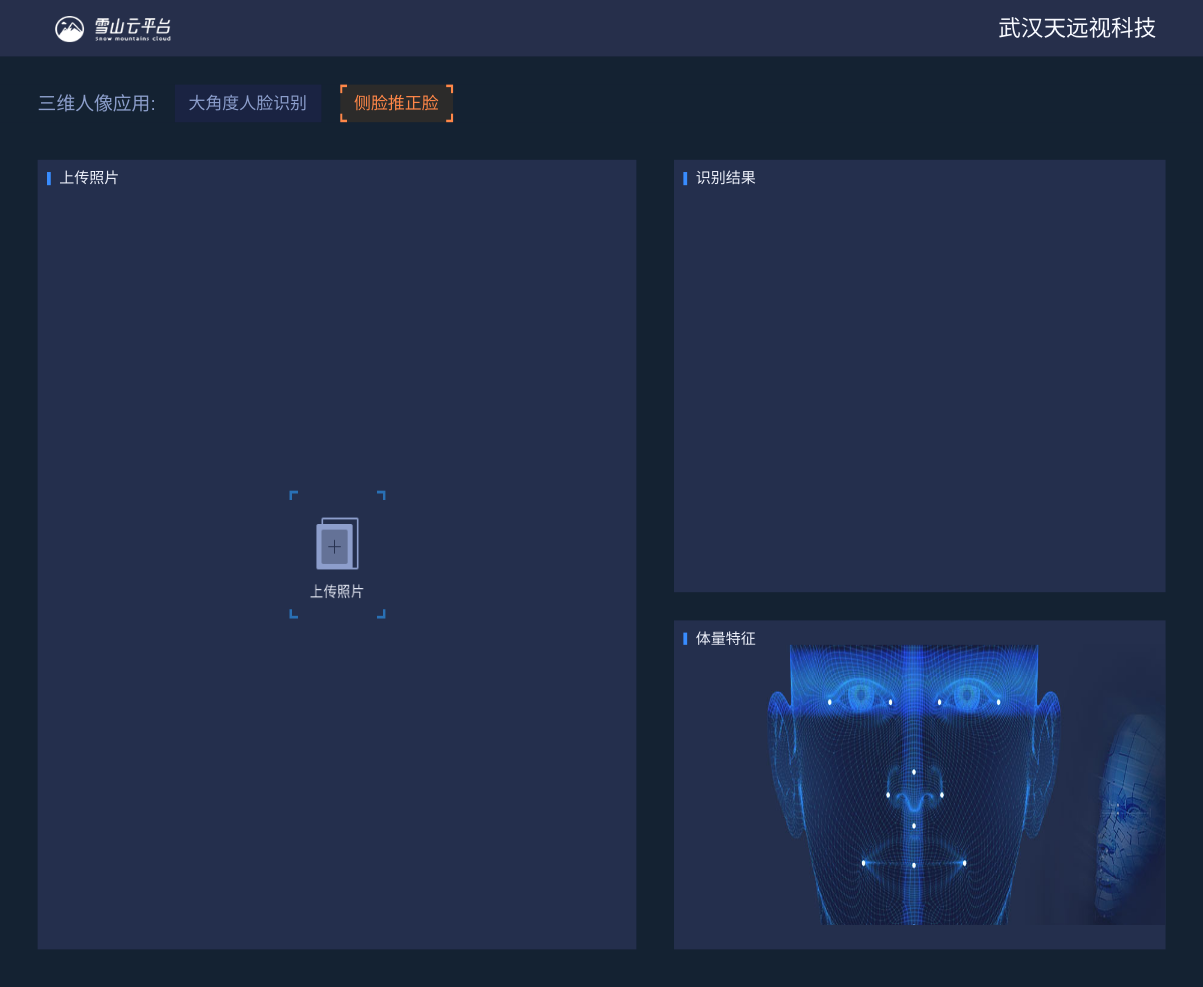
Repository: fyt2020/pubilcDemlo
Page: /#/face
These files come from the project's save history. The page is drawn as it stood at one moment and after the next save; the edit follows.
The browser window is 1280 px wide. The pictures show the whole page, at 94% of full size.
The project was rebuilt for these pictures with package versions that can differ from the ones it lists, and the page was loaded fresh each time.

Above is the page before, as saved 2020-04-28 14:45:48.

### index.html
<!DOCTYPE html>
<html>
  <head>
    <meta charset="utf-8">
    <meta name="viewport" content="width=device-width,initial-scale=1.0">
    <title>pubilcdemo</title>
    <script src="./static/config.js"></script>
    <script src="./static/main.js"></script>
  </head>
  <body>
    <div id="app"></div>
    <!-- built files will be auto injected -->
  </body>
</html>

### src/main.js
// The Vue build version to load with the `import` command
// (runtime-only or standalone) has been set in webpack.base.conf with an alias.
import Vue from 'vue'
import App from './App'
import router from './router'
import '@/assets/css/reset.css'
import axios from '@/plugins/axios';

Vue.config.productionTip = false
Vue.prototype.$http = axios;
/* eslint-disable no-new */
new Vue({
  el: '#app',
  router,
  components: { App },
  template: '<App/>'
})

### src/router/index.js
import Vue from 'vue'
import Router from 'vue-router'
import Home from '@/pages/Home'

Vue.use(Router)

export default new Router({
  linkExactActiveClass: "exactActive",
  linkActivesClass: "active",
  routes: [
    {
      path: '/',
      name: 'home',
      component: Home,
      meta:{
        needTooken:false
      },
      redirect:'/bigAngle',
      children:[
        {
          path: 'bigAngle',
          name: 'bigAngle',
          component: () => import("@/pages/bigAngle"),
          meta:{
            needTooken:false
          },

        },
        {
          path: 'face',
          name: 'face',
          component: () => import("@/pages/face"),
          meta:{
            needTooken:false
          },

        }

      ]
    }
  ]
})

### src/assets/css/reset.css
@charset "UTF-8";
/**
 * @desc pc端常用reset.css
 * @author archer
 * @date 2018-08-26
 */
html,body,div,p,ul,li,dl,dt,dd,em,i,span,a,img,input,h1,h2,h3,h4,h5,nav,section,footer,header,table,tr,th,td,ul,li{margin:0;padding:0;box-sizing: border-box;}
h1,h2,h3,h4,h5,h6{font-weight:normal}
i,em,b{font-style:normal}
article,aside,details,figcaption,figure,footer,header,menu,nav,section {display: block;}
a,img,input {border:none;}
a {text-decoration:none;}
a:hover, a:active {outline: none;}
ul,li{list-style: none}
button,input,select,textarea{font-size:100%;outline:none}
table{border-collapse:collapse;border-spacing:0}
html, body {width: 100%;height: 100%;}
body{font-family:"Helvetica Neue",Helvetica, Arial,sans-serif; font-size: 14px;line-height:1}

### src/pages/Home.vue
<template>
  <div class="home">
      <div class="header">
           <div class="header__left">
                <img src="../assets/img/logo1.png" alt="" class="logo_img">
           </div>
           <div class="header__right">
                <span>武汉天远视科技</span>
           </div>
      </div>
      <div class="navigation">
            <span class="navigation__title">三维人像应用:</span>
            <router-link tag="li" :to="{name:'bigAngle'}" class="navigation__item">大角度人脸识别</router-link>
            <router-link tag="li" :to="{name:'face',params:{id:'self'}}" class="navigation__item">侧脸推正脸</router-link>
      </div>

      <div class="content">
         <router-view />
      </div>

  </div>
</template>

<script>
export default {
  data() {
    return {};
  },
  computed: {},
  created() {

  },
  mounted() {

  },
  methods: {

  },
  components: {}
};
</script>

<style lang="scss" scoped>
@import "@/assets/css/home.scss";
</style>

### src/pages/face.vue
<template>
  <div class="face">
    <div class="face__left">
      <div class="left__top">
        <div class="titleW" v-if="btnKey">
          <span class="titleW__one"></span>
          <span class="titleW__w">上传照片</span>
        </div>
        <canvas class="canvasId" v-show="regImgKey" :class="{'big':isBig}"></canvas>
        <img
          src="../assets/img/delete.png"
          alt
          class="delete__img"
          v-show="closeKey"
          @click="close"
        />
        <button class="btn" @click="uploadFile2" v-if="btnKey">
          <img src="../assets/img/midle.png" alt class="btn__bg" />
          <form
            name="fileList"
            id="fileList"
            action="uploadURL"
            method="POST"
            enctype="multipart/form-data"
            class="file"
          >
            <input
              type="file"
              hidden
              @change="beforeUploadFile2($event)"
              id="upload_file2"
              class="file-inp"
            />
          </form>
        </button>
      </div>
    </div>
    <div class="face__right">
      <div class="right__top">
        <div class="titleW">
          <span class="titleW__one"></span>
          <span class="titleW__w">识别结果</span>
        </div>
        <img :src="frontImg" alt="" class="front__img" v-if="frontImg">
        <ul class="info__box" v-if="infoObj.collectNo">
          <li class="info__item">
            <span class="info__iteml">姓名:</span>
            <span class="info__itemr">{{infoObj.username}}</span>
          </li>
          <li class="info__item">
            <span class="info__iteml">性别:</span>
            <span class="info__itemr">{{infoObj.sex}}</span>
          </li>
          <li class="info__item">
            <span class="info__iteml">采集编号:</span>
            <span class="info__itemr">{{infoObj.collectNo}}</span>
          </li>

          <li class="info__item">
            <span class="info__iteml">证件号:</span>
            <span class="info__itemr">{{infoObj.idNo}}</span>
          </li>
          <li class="info__item">
            <span class="info__iteml">采集时间:</span>
            <span class="info__itemr">{{infoObj.time}}</span>
          </li>
        </ul>
      </div>
      <div class="right__bottom">
        <div class="titleW">
          <span class="titleW__one"></span>
          <span class="titleW__w">体量特征</span>
        </div>
        <img src="../assets/img/char.jpg" alt="" class="char">
        <ul class="tl__box" v-if="charData.length>0">
          <li class="tl__item" v-for="item in charData" :key="item.value">
            <span class="tl__iteml same">{{item.title}}</span>
            <span class="tl__itemr same">{{Number(item.value).toFixed(2)}}</span>
          </li>
        </ul>
      </div>
    </div>
  </div>
</template>

<script>
import axios from "axios";
export default {
  props: {},
  data() {
    return {
      btnKey: true,
      uploadImgUrl: "",
      regImgKey:false,
      closeKey: false,
      isBig:true,
      infoObj: {
        collectNo: "",
        sex: "",
        time: "",
        idNo: ""
      },
      frontImg:"",
      charData: [],
    };
  },
  computed: {},
  created() {},
  mounted() {},
  watch: {},
  methods: {
    close() {
      this.regImgKey=false;
      this.uploadImgUrl = "";
      this.frontImg = "",
      this.closeKey = false;
      this.btnKey = true;
      this.charData = [];
      this.infoObj = {
        collectNo: "",
        sex: "",
        time: "",
        idNo: ""
      };
    },
    uploadFile2() {
      let file = document.getElementById("upload_file2");
      file.click();
    },
    beforeUploadFile2(e) {
      let VM = this;
      let files = e.target.files[0];
      let name = e.target.files[0].name;
      console.log(name)
      let nameArr = e.target.files[0].name.split(".");
      let len = nameArr.length;
      let startName = e.target.files[0].name.split(".")[0];
      let endName = nameArr[len - 1];
      if (
        endName != "jpg" &&
        endName != "png" &&
        endName != "jpeg" &&
        endName != "JPG" &&
        endName != "PNG" &&
        endName != "JPEG"
      ) {
        VM.$Message.error(`上传图片格式不是jpg或png!`);
        return;
      }
      if (!files) {
        return;
      }
      this.btnKey = false;
      this.closeKey = true;
      let reader = new FileReader();
      reader.onloadend = function() {
        VM.uploadImgUrl = reader.result;
        VM.getInfo(startName, VM.uploadImgUrl );
        VM.getModelTxt(startName)
      };
      reader.readAsDataURL(files);


    },
    //画框
      createdImg(imgUrl1, data) {
      let len = data.length;
      let canvas = document.getElementsByClassName("canvasId")[0];
      let ctx = canvas.getContext("2d");
      let img = new Image();
      img.src = `${imgUrl1}`;
      let spX, spY;
      let W = $(".face__left").width();
      let H = $(".face__left").height();
      img.onload = function() {
        let imgW = img.width;
        let imgH = img.height;
        let targetW, targetH;
        spX = W / img.width;
        spY = H / img.height;
        console.log(img.width);
        console.log(img.height);
        if (imgW > W) {
          targetW = imgW * spX;
          targetH = imgH * spX;
          if (imgH > H) {
            targetW = imgW * spY;
            targetH = imgH * spY;
          }
        } else {
          if (imgH > H) {
            targetW = imgW * spY;
            targetH = imgH * spY;
          } else {
            targetW = imgW;
            targetH = imgH;
          }
        }
        // console.log(spX);
        // console.log(spY);
        // console.log(targetW);
        // console.log(targetH);

        canvas.width = targetW;
        canvas.height = targetH;

        ctx.drawImage(img, 0, 0, targetW, targetH);
        ctx.strokeStyle = "#FF0000";
        ctx.strokeWidth = 1;
        ctx.lineWidth = 2;
        if (len > 0) {
          if (imgW > W && imgH < H) {
            console.log(1);
            data.forEach((item, index) => {
              ctx.strokeRect(
                item.x * spX,
                item.y * spX,
                item.w * spX,
                item.h * spX
              );
            });
          } else if (imgW > W && imgH > H) {
            console.log(2);
            data.forEach((item, index) => {
              ctx.strokeRect(
                item.x * spY,
                item.y * spY,
                item.w * spY,
                item.h * spY
              );
            });
          } else {
            if (imgH > H) {
              console.log(3);
              data.forEach((item, index) => {
                ctx.strokeRect(
                  item.x * spY,
                  item.y * spY,
                  item.w * spY,
                  item.h * spY
                );
              });
            } else {
              console.log(4);
              data.forEach((item, index) => {
                ctx.strokeRect(item.x, item.y, item.w, item.h);
              });
            }
          }
        }
      };
    },



    getModelTxt(name) {
      let VM = this;
      let id = new Date().getTime();
      let params = {
        headers: {
          "Content-Type": "text/plain;charset=utf-8"
        },
        responseType: "text/json",
        inCharset: "utf-8",
        outCharset: "utf-8",
        timeout: 30000,
        random: id
      };
      axios
        .get(window.BASEURL.flieUrl + `${name}/face_points_distance.txt`)
        .then(function(res) {
          let newData = res.data.split("\r\n");
          let len = newData.length;
          for (var i = 0; i < len; i++) {
            if (newData[i]) {
              let obj = {};
              let k = newData[i].split(":")[0];
              let v = newData[i].split(":")[1];
              obj["title"] = k;
              obj["value"] = v;
              VM.charData.push(obj);
            }
          }
          console.log( VM.charData)
        })
        .catch(function(error) {
          console.log(error);
        });
    },
    getInfo(name,imgUrl) {
      let VM = this;
      this.$http.api
        .get(window.BASEURL.flieUrl + `${name}/${name}.json`)
        .then(function(res) {
          if (res.data.code === 0) {
            let data = res.data.result;
            VM.infoObj = data;
            VM.regImgKey = true;
            VM.frontImg = window.BASEURL.flieUrl + `${name}/front.jpg`
            console.log('frontImg',VM.frontImg )
            VM.createdImg(imgUrl,data.xdata)
          }
        })
        .catch(function(error) {
          console.log(error);
        });
    },
  },
  beforeDestroy() {},
  components: {}
};
</script>

<style scoped lang="scss">
@import "@/assets/css/face.scss";
</style>

### src/assets/css/home.scss

@import "@/assets/css/func.scss";
.home{
    font-size: 20px;
    width: 100vw;
    height: 100vh;
    background-color: #142232;
    .header{
        width: 100%;
        height: 60px;
        background-color: #262f4b;
        display: flex;
        align-items: center;
        color:  #f8faff;;
        justify-content: space-between;
        padding: 0 50px;
        font-size: 24px;
        .header__left{
            height: 100%;
            display: flex;
            align-items: center;
            .logo_img{
                width: 141px;
                height: 35px;
            }
        }
        .header__right{
            height: 100%;
            display: flex;
            align-items: center;
        }
    }
    .navigation{
        width: 100%;
        height: 40px;
        display: flex;
        align-items: center;
        box-sizing: border-box;
        background-color: #142232;
        color:  #8c9ecb;
        padding: 0 40px;
        margin-top: 30px;
        .navigation__title{
            margin-right: 20px;
        }
        &__item{
            height: 40px;
            line-height: 40px;
            box-sizing: border-box;
            padding: 0 15px;
            margin-right: 20px;
            font-size: 18px;
            color: #8c9ecc;
            background-color:  #1a2342;
        }
        &__item.exactActive{
             display: flex;
             color: #ff8748;
             background: url('../#{$img}/qhbtn.png') no-repeat center;
             background-size: 100% 100%;

        }
    }
    .content{
        width: 100%;
        padding: 40px;
        background-color: #142232;
    }
}

### src/assets/css/func.scss
// @function px2Rem($px, $base-font-size: 19.2px) {
//     @if (unitless($px)) { //有无单位
//       @return ($px / 19.2) * 1rem;
//     } @else if (unit($px) == em) {
//       @return $px;
//     }
//     @return ($px / $base-font-size) * 1rem;
// }

$img:"/assets/img";

### src/assets/css/face.scss
.face{
    display: flex;
    width: 100%;
    height: 100%;
    .titleW{
       position: absolute;
       height: 20px;
       line-height: 20px;
       left: 10px;
       top:10px;
       display: flex;
       align-items: center;
       color:  #edf0fa;
       font-size: 16px;
       .titleW__one{

          width: 4px;
          height: 14px;
          margin-right: 9px;
          background-color: #388cff;
       }
   }
    .face__left{
       width: 994px;
       height: 840px;
       margin-right: 40px;
       display: flex;
       flex-direction: column;
       background-color: #242f4d;
       .left__top{
            width: 100%;
            height: 100%;
            display: flex;
            align-items: center;
            justify-content: center;
            position: relative;
            .delete__img{
               position: absolute;
               width: 36px;
               height: 36px;
               right: 20px;
               top:20px;
               transition: all 0.1 linear;
               z-index: 2100;
               cursor: pointer;
            }
            .btn{
                position: absolute;
                outline: none;
                position: relative;
                border: none;
                background: transparent;
               //  border-style: solid;
               //  border-width: 2px;
               //  border-image-source: linear-gradient(0deg,#1a5fff 0%, #5f8ffd 100%);
               //  border-image-slice: 1;
                width: 114px;
                height: 138px;
               //  line-height: 30px;
               //  color: #1a5fff;
               //  border-radius: 6px;
                z-index: 9999;
                cursor: pointer;
                .btn__bg{
                    width: 100%;
                    height: 100%;
                }
            }
       }
       .left__bottom{
           width: 100%;
           height: 15%;
           border: 1px solid black;
           .left__bottom{

           }

       }
    }
    .face__right{
       width: 816px;
       height: 840px;


       .right__top{

           width: 100%;
           height: 460px;
           position: relative;
           display: flex;
           align-items: center;
           justify-content: center;
           margin-bottom: 30px;
           background-color: #242f4d;
           .front__img{
               height: 100%;
            //    width: 50%;
           }
           .recg__box{

               display: flex;
               position: absolute;
               width: 90px;
               left: 20px;
               bottom: 20px;
               background-color: #1a2342;;
               height: 159px;
               align-items: center;
               justify-content: flex-start;
               .recg__item{
                   height: 100%;
               }
           }
           #WebGL-output{
               width: 815px;
               height: 460px;
           }
           .info__box{
               position: absolute;
               right: 20px;
               bottom: 20px;
               width: 238px;
               height: 158px;

               background-color: #1a2342;
               padding: 15px;
               display: flex;
               flex-direction: column;
               justify-content: space-around;
               align-content: space-around;
               font-size: 14px;
               color: #edf0fa;

           }
       }
       .right__bottom{


           background-color: #242f4d;
           width: 100%;
           height: 350px;
           position: relative;
           .char{
               position: absolute;
               width: 100%;
               height: 298px;
               left: 50%;
               top: 50%;
               z-index: 1;
               transform: translate(-50%,-50%);

           }
           .tl__box{
               display: flex;
               position: absolute;
               z-index: 10;
               width: 100%;
               height: 100%;


               .tl__item{
                   display: flex;
                   align-items: center;
                   position: absolute;
                   font-size: 15px;
                   color: #edf0fa;

                   &:nth-of-type(1){
                       left: 44%;
                       top:17%
                   }
                   &:nth-of-type(2){
                       left: 33%;
                       top:28%
                   }
                   &:nth-of-type(3){

                       left: 44%;
                       top:39%
                   }
                   &:nth-of-type(4){

                       left: 44%;
                       top:48%
                   }
                   &:nth-of-type(5){

                       left: 44%;
                       top:56%
                   }
                   &:nth-of-type(6){

                       left: 44%;
                       top:66%
                   }
                   &:nth-of-type(7){

                       left: 44%;
                       top:77%
                   }
                   &:nth-of-type(8){

                       left: 44%;
                       top:84%
                   }





               }
           }


       }

    }
}

### static/config.js
window.BASEURL = {
     // flieUrl:`http://192.168.1.199:8080/recg/static/data/`
     flieUrl:`../../static/data/`
};

Loaded but not shown: src/App.vue (common file); src/plugins/axios.js (library)

After the next save:
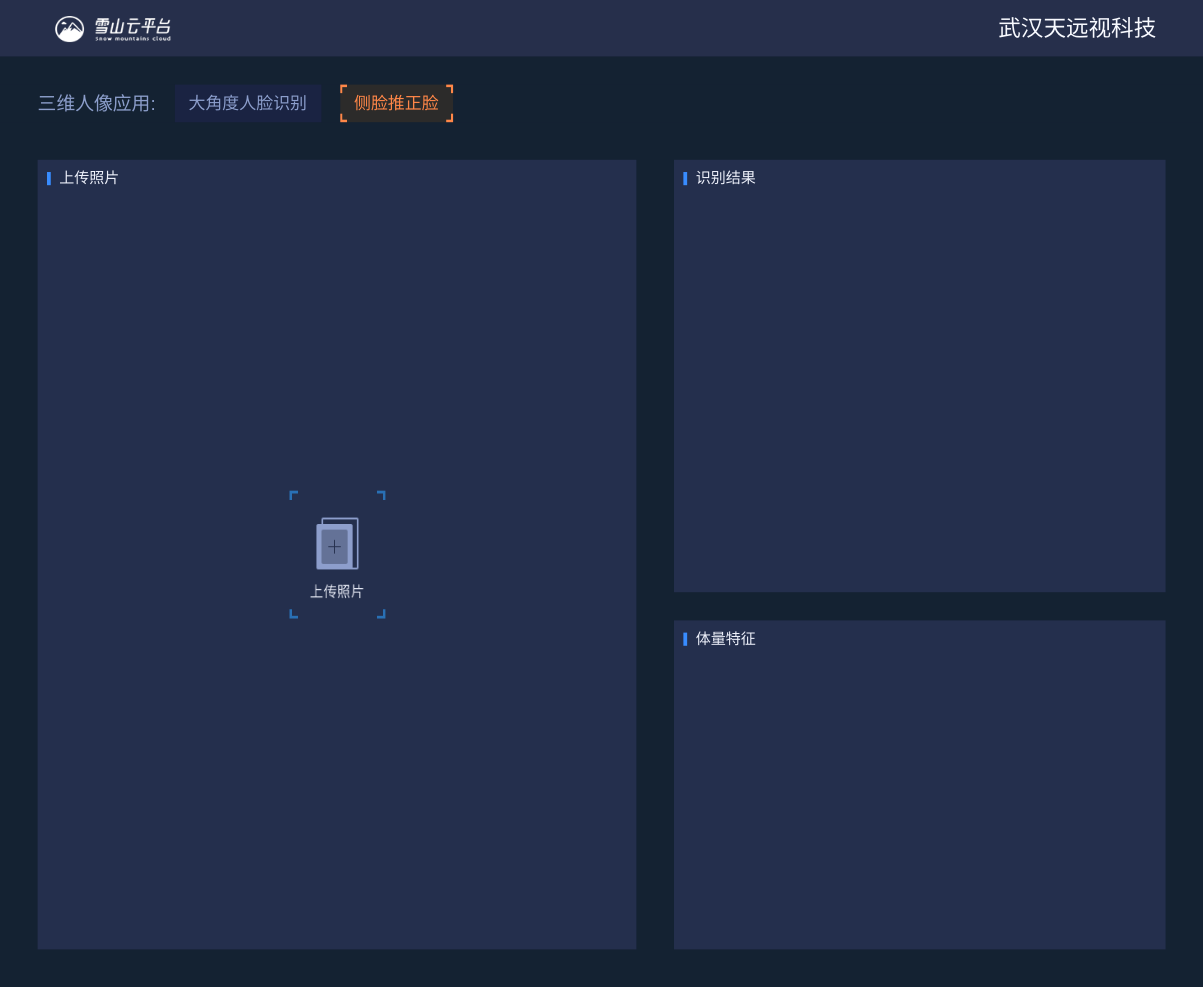
Saved 13 s later.
--- a/src/pages/face.vue
+++ b/src/pages/face.vue
@@ -71,7 +71,7 @@
           <span class="titleW__one"></span>
           <span class="titleW__w">体量特征</span>
         </div>
-        <img src="../assets/img/char.jpg" alt="" class="char">
+        <img src="../assets/img/char.jpg" alt="" class="char" v-if="!btnKey">
         <ul class="tl__box" v-if="charData.length>0">
           <li class="tl__item" v-for="item in charData" :key="item.value">
             <span class="tl__iteml same">{{item.title}}</span>
